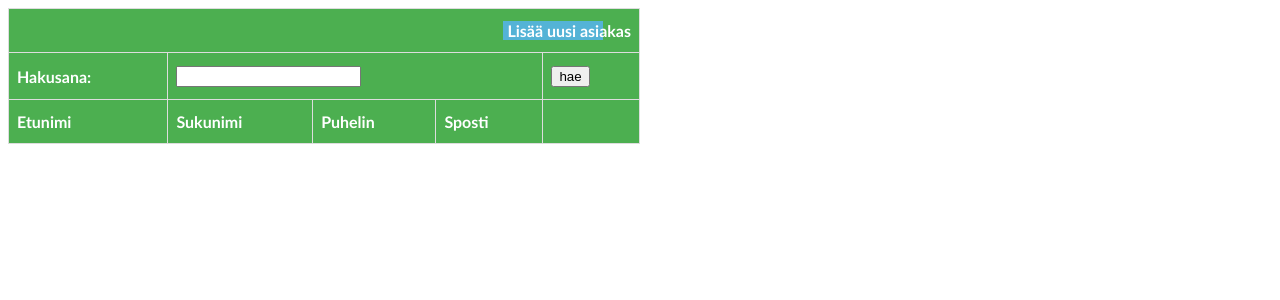
Repository: NicklasHH/Etatehtava_6
Page: http://localhost/Asiakkaat/listaaasiakkaat.jsp
These files come from the project's save history. The page is drawn as it stood at one moment and after a run of saves; the edit follows.
The browser window is 1280 px wide. The pictures show the whole page.
The pointer rests on the first visible `a`.
The page is served by Tomcat 9. Other server files are loaded and not shown.

Above is the page before, as saved 2022-11-07 21:45:49.
Console error: ReferenceError: haeAsiakkaat is not defined

### Asiakkaat/src/main/webapp/listaaasiakkaat.jsp
<%@ page language="java" contentType="text/html; charset=ISO-8859-1"
	pageEncoding="ISO-8859-1"%>
<!DOCTYPE html>
<html>
<head>
<meta charset="ISO-8859-1">
<link rel="stylesheet" type="text/css" href="css/main.css">
<script src="scripts/main.js"></script>
<title>Asiakashaku</title>
</head>
<body>
	<table id="listaus">
		<thead>
			<tr>
				<th colspan="5" class="oikealle"><a id="linkki" href="lisaaasiakas.jsp">Lisää uusi asiakas</a></th>
			</tr>
			<tr>
				<th>Hakusana:</th>
				<th colspan="3"><input type="text" id="hakusana"></th>
				<th><input type="button" value="hae" id="hakunappi"
					onclick="haeAsiakkaat()"></th>
			</tr>
			<tr>
				<th>Etunimi</th>
				<th>Sukunimi</th>
				<th>Puhelin</th>
				<th>Sposti</th>
				<th></th>
			</tr>
		</thead>
		<tbody id="tbody">
		</tbody>
	</table>
	<span id="ilmo"></span>
	<script>
		haeAsiakkaat();
	</script>
</body>
</html>

### Asiakkaat/src/main/webapp/css/main.css
@charset "ISO-8859-1";
table {
  font-family: "Trebuchet MS", Arial, Helvetica, sans-serif;
  border-collapse: collapse;
  width: 50%;
}

table td, table th {
  border: 1px solid #ddd;
  padding: 8px;
}

table tbody tr:nth-child(even){background-color: #f2f2f2;}

table tbody tr:hover {background-color: #ddd;}

table th {
  padding-top: 12px;
  padding-bottom: 12px;
  text-align: left;
  background-color: #4CAF50;
  color: white;
}

.poista{
	color: red;
	text-decoration: underline;
	cursor: pointer;
}

.oikealle{
	text-align: right;
}

#uusiAsiakas, #takaisin{
	color: white;
	cursor: pointer;
}

#linkki{
	color: white;
	text-decoration: none;

}
a {
  box-shadow: inset 0 0 0 0 #54b3d6;
  color: #54b3d6;
  margin: 0 -.25rem;
  padding: 0 .25rem;
  transition: color .3s ease-in-out, box-shadow .3s ease-in-out;
}
a:hover {
  box-shadow: inset 100px 0 0 0 #54b3d6;
  color: white;
}

Loaded but not shown: Asiakkaat/src/main/webapp/scripts/main.js (no copy from this time; the picture is the same without it)

After the next 2 saves:
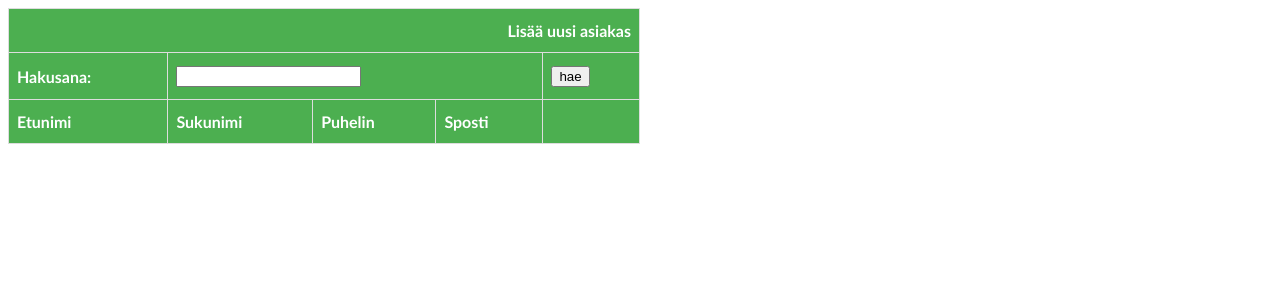
The 2 saves are shown as one change because they came seconds apart.
The last was saved 83 s later.
--- a/Asiakkaat/src/main/webapp/css/main.css
+++ b/Asiakkaat/src/main/webapp/css/main.css
@@ -50,6 +50,5 @@ a {
   transition: color .3s ease-in-out, box-shadow .3s ease-in-out;
 }
 a:hover {
-  box-shadow: inset 100px 0 0 0 #54b3d6;
-  color: white;
+  color: black;
 }
